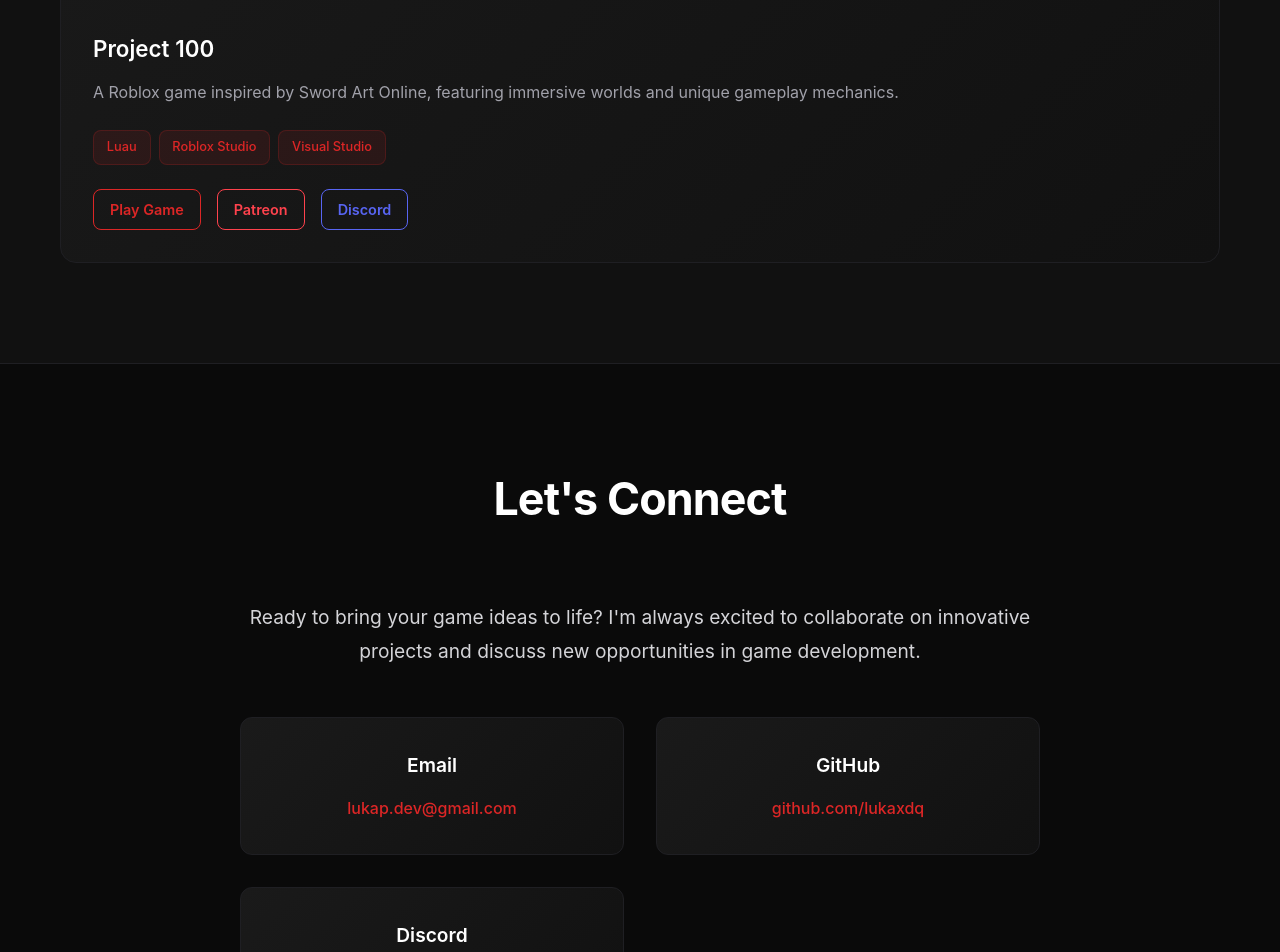
Repository: lukaxdq/lukaxdq.github.io
Page: index.html
The author's editor kept a copy of each file at every save. The page is drawn from the files as they stood at one save, then again after the next save.
The browser window is 1280 px wide. The pictures show the part of the page from y = 2776 to 3728 px (the page is 4024 px tall before and 4286 px after).

Above is the page before, as saved 2025-08-14 21:18:11.

After the next save:
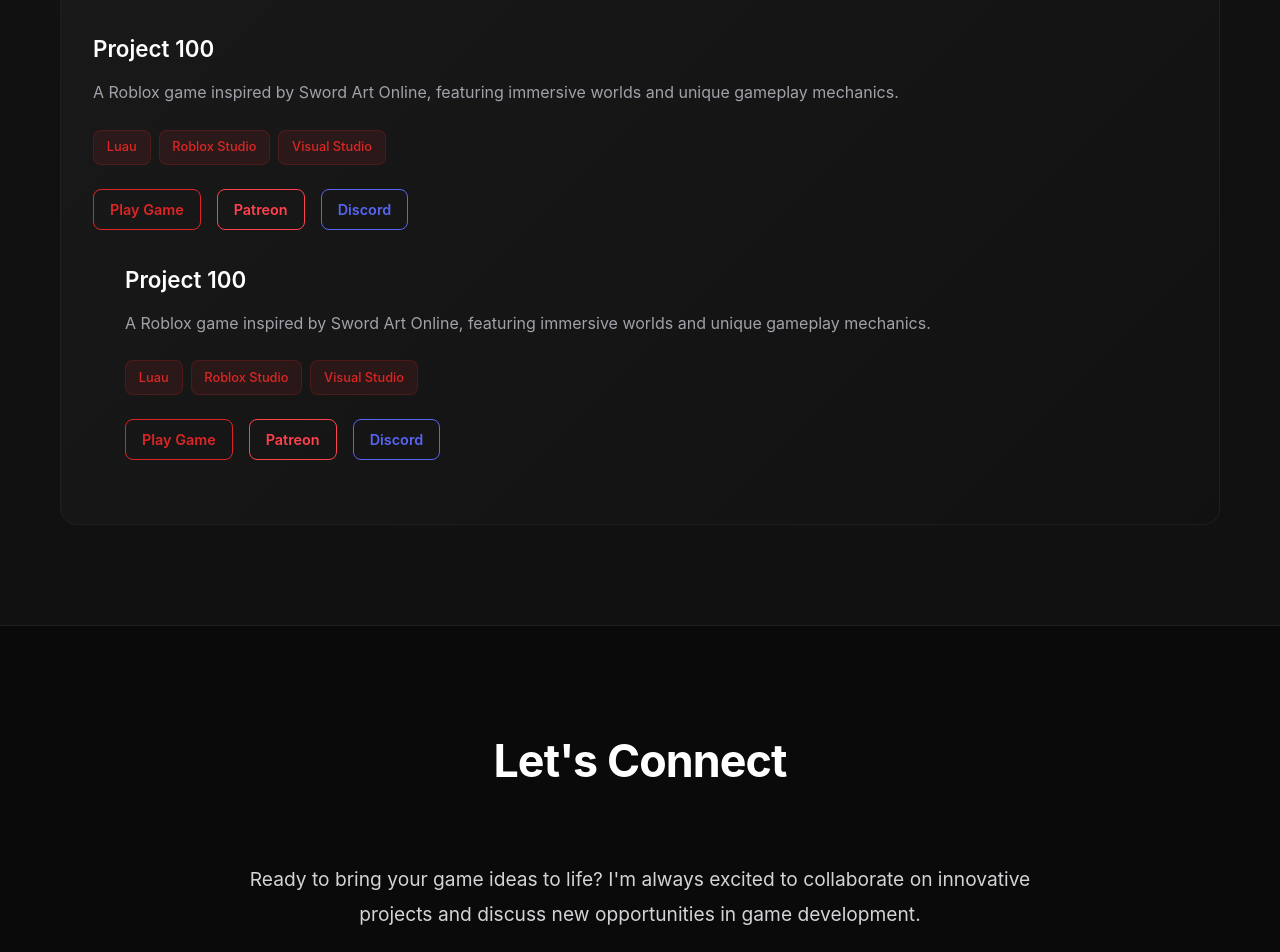
Saved 66 s later.
--- a/index.html
+++ b/index.html
@@ -789,10 +789,28 @@
                             <a href="https://discord.gg/VsfwHsdsN5" class="project-link discord"
                                 target="_blank">Discord</a>
                         </div>
+                        <div class="project-content">
+                            <h3 class="project-title">Project 100</h3>
+                            <p class="project-description">A Roblox game inspired by Sword Art Online, featuring
+                                immersive
+                                worlds and unique gameplay mechanics.</p>
+                            <div class="project-tech">
+                                <span class="tech-tag">Luau</span>
+                                <span class="tech-tag">Roblox Studio</span>
+                                <span class="tech-tag">Visual Studio</span>
+                            </div>
+                            <div class="project-links">
+                                <a href="#" class="project-link" onclick="alert('In development'); return false;">Play
+                                    Game</a>
+                                <a href="https://www.patreon.com/c/Project100Official" class="project-link patreon"
+                                    target="_blank">Patreon</a>
+                                <a href="https://discord.gg/VsfwHsdsN5" class="project-link discord"
+                                    target="_blank">Discord</a>
+                            </div>
+                        </div>
                     </div>
                 </div>
             </div>
-        </div>
     </section>
 
     <!-- Contact Section -->
